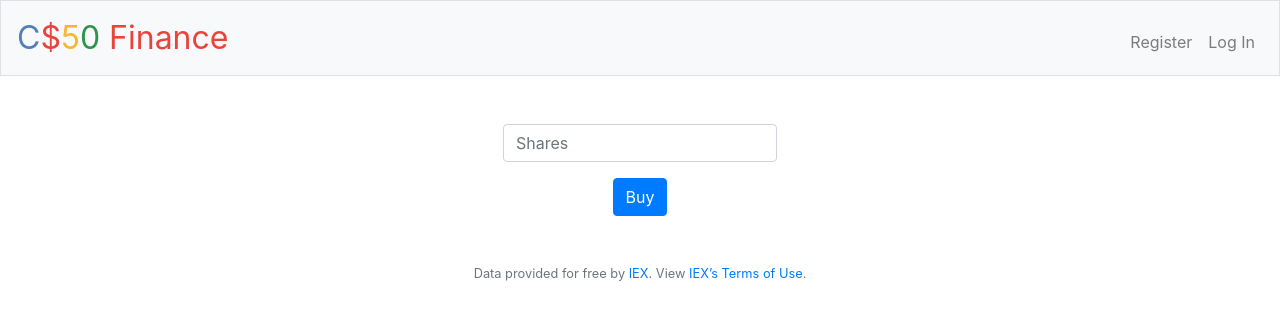
Repository: Ashu-r/finance_cs50
Page: pset8/finance/templates/cash.html
The author's editor kept a record of every edit. The page is drawn from the files as they stood at one moment, then again after the next edit.
The browser window is 1280 px wide. The pictures show the whole page.
The template is drawn by Flask 3. The application's start-up code is not run. The template is opened directly, without the code that normally fills it, so the values that code supplies are empty.

Above is the page before.

After the next edit:
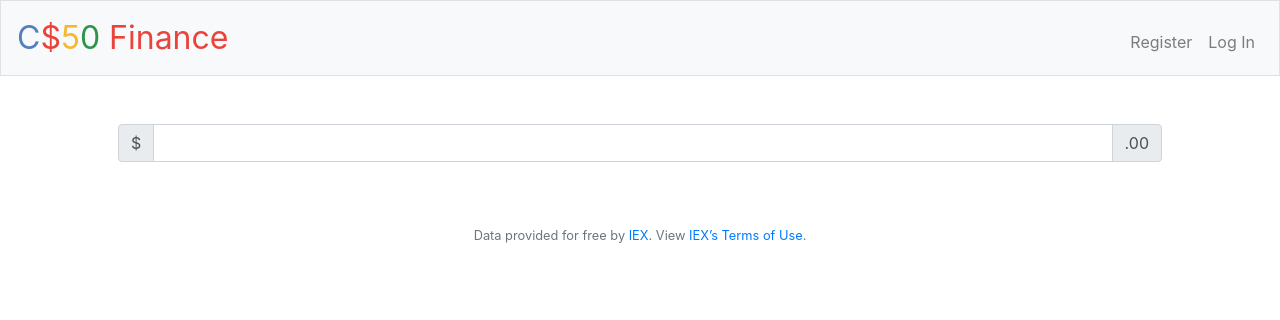
The edit:
--- a/pset8/finance/templates/cash.html
+++ b/pset8/finance/templates/cash.html
@@ -6,9 +6,15 @@
 
 {% block main %}
     <form action="/buy" method="post">
-        <div class="form-group">
-            <input autocomplete="off" class="form-control" min="1" name="cash" placeholder="Shares" type="number">
+        <div class="input-group mb-3">
+          <div class="input-group-prepend">
+            <span class="input-group-text">$</span>
+          </div>
+          <input type="number" class="form-control" aria-label="Amount (to the nearest dollar)">
+          <div class="input-group-append">
+            <span class="input-group-text">.00</span>
+          </div>
         </div>
-        <button class="btn btn-primary" type="submit">Buy</button>
+
     </form>
 {% endblock %}
